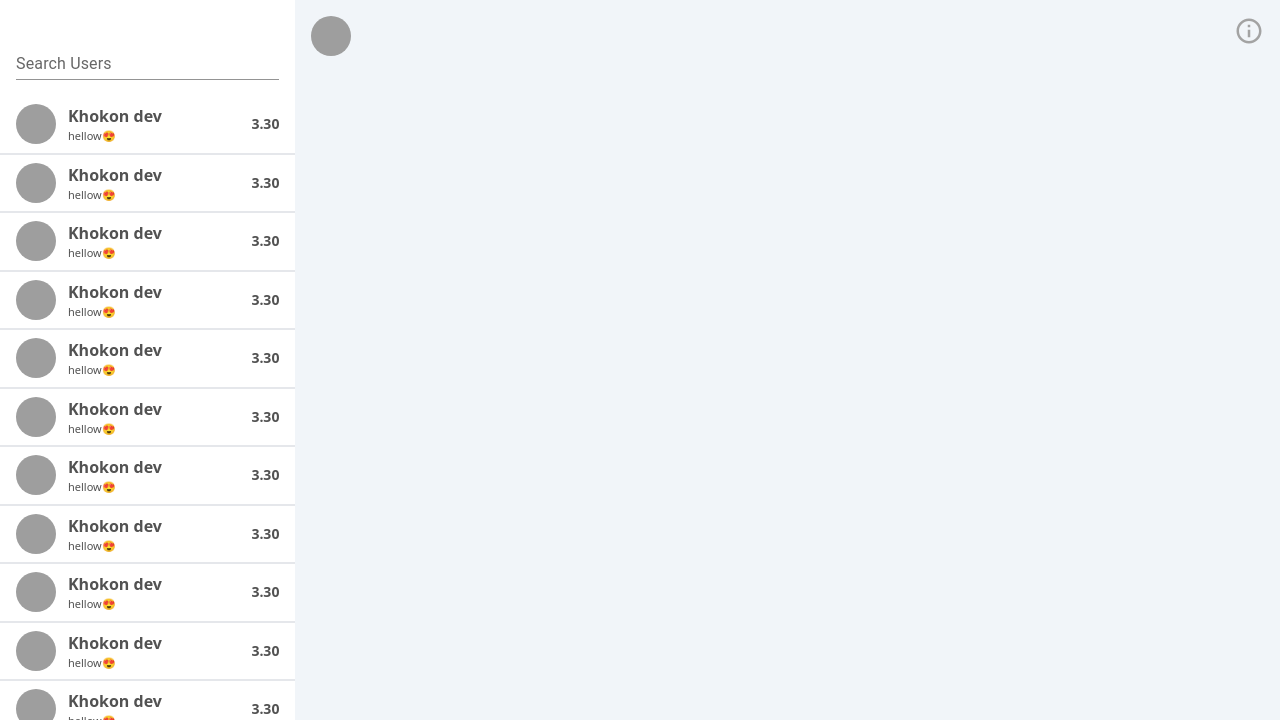
Repository: satya-ranjon/Instagram-clone-dev
Page: /inbox
These files come from the project's save history. The page is drawn as it stood at one moment and after the next save; the edit follows.
The browser window is 1280 px wide. The pictures show the whole page.
Pictures or frames that could not be fetched are drawn as grey boxes. The project was rebuilt for these pictures with package versions that can differ from the ones it lists, and the page was loaded fresh each time. Also part of the build but not shown: src/components/RightSideBar.jsx, src/components/Home/SinglePost.jsx, src/components/Home/PostList.jsx, src/components/Home/closeBtn.jsx, src/components/Home/newPostSectionOne.jsx, src/components/Home/NewPost.jsx, src/components/Home/Home.jsx, src/Assets/Logo.jsx and 8 more.

Above is the page before, as saved 2022-04-23 03:33:03.

### public/index.html
<!DOCTYPE html>
<html lang="en">
  <head>
    <meta charset="utf-8" />
    <link rel="icon" href="%PUBLIC_URL%/faveicon.png" />
    <meta name="viewport" content="width=device-width, initial-scale=1" />
    <meta name="theme-color" content="#000000" />
    <meta
      name="description"
      content="Web site created using create-react-app"
    />
    <link rel="apple-touch-icon" href="%PUBLIC_URL%/logo192.png" />
    <!--
      manifest.json provides metadata used when your web app is installed on a
      user's mobile device or desktop. See https://developers.google.com/web/fundamentals/web-app-manifest/
    -->
    <link rel="manifest" href="%PUBLIC_URL%/manifest.json" />
    <!--
      Notice the use of %PUBLIC_URL% in the tags above.
      It will be replaced with the URL of the `public` folder during the build.
      Only files inside the `public` folder can be referenced from the HTML.

      Unlike "/favicon.ico" or "favicon.ico", "%PUBLIC_URL%/favicon.ico" will
      work correctly both with client-side routing and a non-root public URL.
      Learn how to configure a non-root public URL by running `npm run build`.
    -->
    <title>React App</title>
  </head>
  <body>
    <noscript>You need to enable JavaScript to run this app.</noscript>
    <div id="root"></div>
    <!--
      This HTML file is a template.
      If you open it directly in the browser, you will see an empty page.

      You can add webfonts, meta tags, or analytics to this file.
      The build step will place the bundled scripts into the <body> tag.

      To begin the development, run `npm start` or `yarn start`.
      To create a production bundle, use `npm run build` or `yarn build`.
    -->
  </body>
</html>

### src/index.css
@import url("https://fonts.googleapis.com/css2?family=Kaushan+Script&display=swap");

@tailwind base;
@tailwind components;
@tailwind utilities;

@layer components {
  .grid___three {
    @apply grid grid-cols-1 sm:grid-cols-2 md:grid-cols-3 gap-2 lg:gap-4 transition-all duration-300 my-10 font-semibold mx-10  sm:mx-20 lg:mx-32 xl:mx-40;
  }
  .grid___two {
    @apply grid grid-cols-1 sm:grid-cols-2 gap-2 lg:gap-4  my-10 font-semibold mx-10 transition-all duration-300 sm:mx-20 lg:mx-32 xl:mx-40;
  }
  .grid___one {
    @apply grid grid-cols-1  gap-2 lg:gap-4  my-10 font-semibold mx-10 sm:mx-32 md:mx-44 transition-all duration-300 lg:mx-60 xl:mx-60;
  }
  .img__three {
    @apply bg-red-300 w-full h-[18rem] transition-all duration-300 sm:h-[14rem] xl:h-[18rem] 2xl:h-[28rem];
  }
  .img__two {
    @apply bg-red-300 w-full h-[18rem] transition-all duration-300 sm:h-[20rem] lg:h-[24rem] xl:h-[28rem] 2xl:h-[40rem];
  }
  .img__one {
    @apply bg-red-300 w-full h-[18rem] transition-all duration-300 sm:h-[20rem] lg:h-[32rem] xl:h-[40rem] 2xl:h-[52rem];
  }
}

body::-webkit-scrollbar {
  display: none;
}
.hide_scrollbar::-webkit-scrollbar {
  display: none;
  overflow: hidden;
}

#category {
  overflow: hidden;
}

.bground {
  background: radial-gradient(
    ellipse at 70% 70%,
    #ee583f 8%,
    #d92d77 42%,
    #bd3381 58%
  );
}

.new {
  position: absolute;
  top: 50%;
  right: 50%;
  transform: translate(-50%, -50%);
}

### src/App.js
import { Route, Routes } from "react-router-dom";
import HomeContainder from "./components/Home/HomeContainder";
import InboxContainer from "./components/Inbox/InboxContainer";

function App() {
  return (
    <Routes>
      <Route path="/" element={<HomeContainder />} />
      <Route path="/inbox" element={<InboxContainer />} />
    </Routes>
  );
}

export default App;

### src/components/Inbox/InboxContainer.jsx
import { Avatar, TextField } from "@mui/material";
import React from "react";
import MesseageBox from "./MesseageBox";
import SearchUsers from "./SearchUsers";
import UserList from "./UserList";

export default function InboxContainer() {
  return (
    <div>
      <div className=" flex justify-between">
        <div className=" h-screen w-96 lg:w-[50rem overflow-y-scroll scrollbar-thumb-neutral-400 scrollbar-thin">
          <div className=" w-full pt-4">
            <SearchUsers />
            <UserList />
            <UserList />
            <UserList />
            <UserList />
            <UserList />
            <UserList />
            <UserList />
            <UserList />
            <UserList />
            <UserList />
            <UserList />
            <UserList />
            <UserList />
            <UserList />
            <UserList />
            <UserList />
            <UserList />
            <UserList />
            <UserList />
            <UserList />
            <UserList />
            <UserList />
            <UserList />
            <UserList />
            <UserList />
            <UserList />
            <UserList />
            <UserList />
            <UserList />
            <UserList />
            <UserList />
            <UserList />
            <UserList />
            <UserList />
            <UserList />
            <UserList />
          </div>
        </div>

        <MesseageBox />
      </div>
    </div>
  );
}

### src/components/Inbox/MesseageBox.jsx
import React from "react";
import MesseageHader from "./MesseageHader";

export default function MesseageBox() {
  return (
    <div className=" h-screen w-full bg-slate-100">
      <MesseageHader />
    </div>
  );
}

### src/components/Inbox/SearchUsers.jsx
import { TextField } from "@mui/material";
import React from "react";

export default function SearchUsers() {
  return (
    <div className="p-4">
      <TextField
        className=" w-full "
        id="standard-basic"
        label="Search Users"
        variant="standard"
      />
    </div>
  );
}

### src/components/Inbox/UserList.jsx
import { Avatar } from "@mui/material";
import React from "react";

export default function UserList() {
  return (
    <div className="flex py-2 px-4 cursor-pointer transition-all duration-300 hover:bg-neutral-100 justify-between text-neutral-600 border-b-2">
      <div className=" my-auto flex space-x-3">
        <Avatar
          alt="Remy Sharp"
          src="https://img.freepik.com/free-photo/portrait-guy-with-colorful-neon-light-blue-studio-background-male-model-with-calm-serious-mood_155003-36962.jpg?t=st=1650662885~exp=1650663485~hmac=7fed3c0063e691a8f39a65e7b480038fb41dd291ed7ee95f9053a12587457cbc&w=900"
          className=" cursor-pointer"
        />
        <div className="">
          <p className=" font-semibold text-md ">Khokon dev</p>
          <p className=" text-[11px]">hellow😍</p>
        </div>
      </div>
      <p className="font-semibold text-sm my-auto">3.30</p>
    </div>
  );
}

### src/components/Inbox/MesseageHader.jsx
import React from "react";
import { Avatar } from "@mui/material";
import { BiInfoCircle } from "react-icons/bi";

export default function MesseageHader() {
  return (
    <div className=" flex justify-between p-4">
      <Avatar
        alt="Remy Sharp"
        src="/static/images/avatar/1.jpg"
        className=" cursor-pointer"
      />
      <BiInfoCircle className=" text-neutral-400 text-3xl cursor-pointer transition-all duration-300 hover:text-neutral-600" />
    </div>
  );
}

### tailwind.config.js
module.exports = {
  content: ["./src/**/*.{js,jsx,ts,tsx}"],
  theme: {
    extend: {
      screens: {
        "3sm": "380px",
        "2sm": "480px",
        "4sm": "640px",
        "2lg": "1160px",
      },
    },
  },
  plugins: [require("tailwind-scrollbar")],
};

Loaded but not shown: src/index.js (common file)

After the next save:
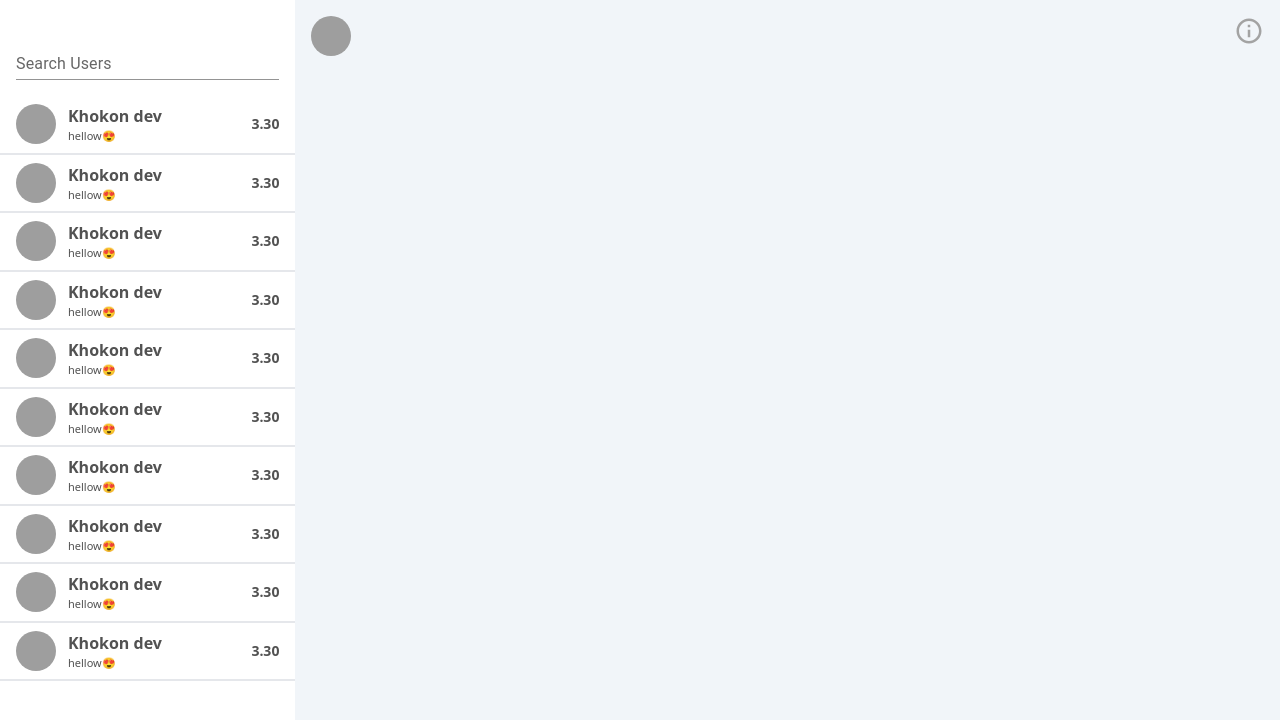
Saved 88 s later.
--- a/src/components/Inbox/InboxContainer.jsx
+++ b/src/components/Inbox/InboxContainer.jsx
@@ -21,32 +21,6 @@
             <UserList />
             <UserList />
             <UserList />
-            <UserList />
-            <UserList />
-            <UserList />
-            <UserList />
-            <UserList />
-            <UserList />
-            <UserList />
-            <UserList />
-            <UserList />
-            <UserList />
-            <UserList />
-            <UserList />
-            <UserList />
-            <UserList />
-            <UserList />
-            <UserList />
-            <UserList />
-            <UserList />
-            <UserList />
-            <UserList />
-            <UserList />
-            <UserList />
-            <UserList />
-            <UserList />
-            <UserList />
-            <UserList />
           </div>
         </div>
 
